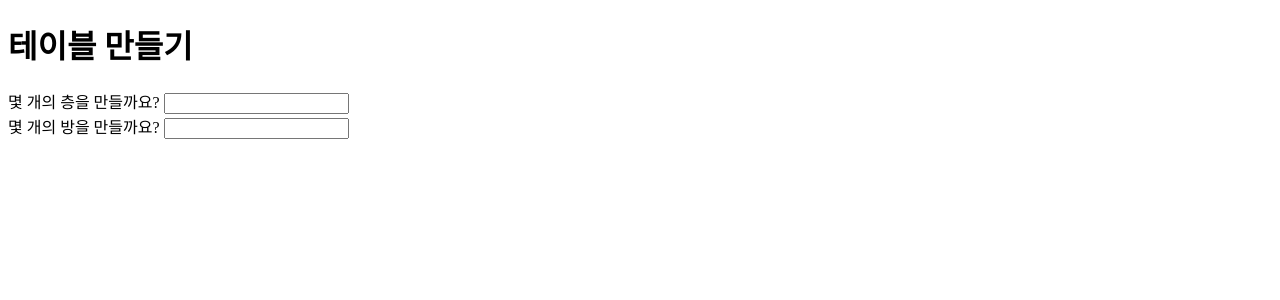
Repository: Jungsol/Servlet_JSP_study
Page: Servlet_JSP_study/src/main/webapp/ex06_makeTable.html
The author's editor kept a copy of each file at every save. The page is drawn from the files as they stood at one save, then again after the next save.
The browser window is 1280 px wide. The pictures show the whole page.

Above is the page before, as saved 2023-06-01 12:03:00.

After the next save:
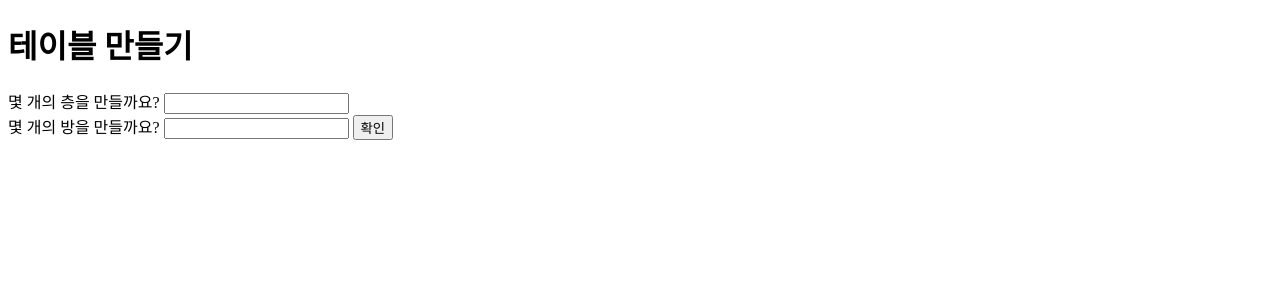
Saved 21 s later.
--- a/Servlet_JSP_study/src/main/webapp/ex06_makeTable.html
+++ b/Servlet_JSP_study/src/main/webapp/ex06_makeTable.html
@@ -10,6 +10,7 @@
 	<form action="makeTable">
 		몇 개의 층을 만들까요? <input type="text" name="floor"><br>
 		몇 개의 방을 만들까요? <input type="text" name="room">
+		<input type="submit" value="확인">
 
 	</form>
 </body>
